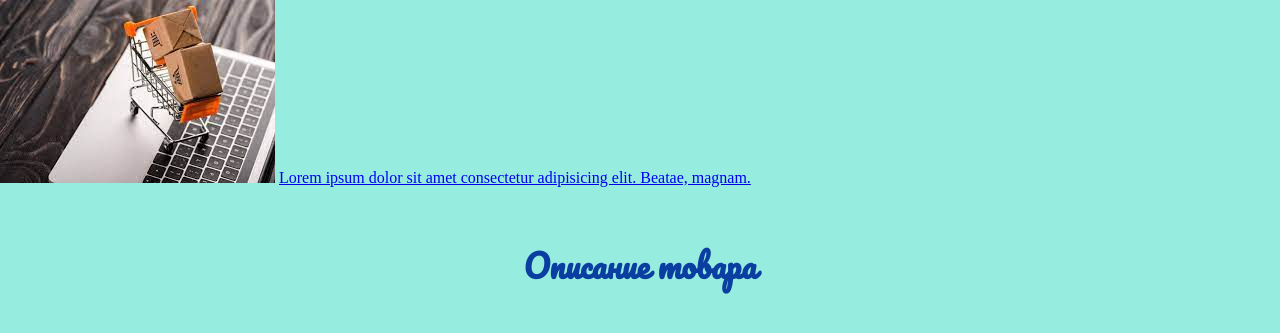
Repository: annamsklv/web
Page: seminar2_26.01/product page.html
The author's editor kept a copy of each file at every save. The page is drawn from the files as they stood at one save, then again after the next save.
The browser window is 1280 px wide. The pictures show the whole page.

Above is the page before, as saved 2023-02-01 20:05:26.

After the next save:
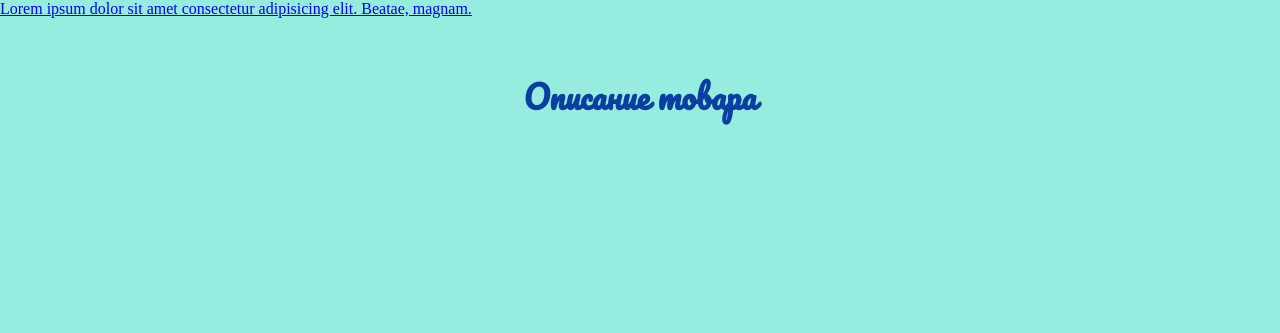
Saved 13 s later.
--- a/seminar2_26.01/product page.html
+++ b/seminar2_26.01/product page.html
@@ -5,7 +5,6 @@
     <meta http-equiv="X-UA-Compatible" content="IE-edge">
     <meta name="viewport" content="width=device-width, initial-scale=1.0">
     <div class="home">
-        <img class="item-pic" src="img/product.jpeg" alt="product">
         <a class="item-link" href="index.html">Lorem ipsum dolor sit amet consectetur adipisicing elit. Beatae, magnam.</a>
     </div>
     <title>Продукт</title>
